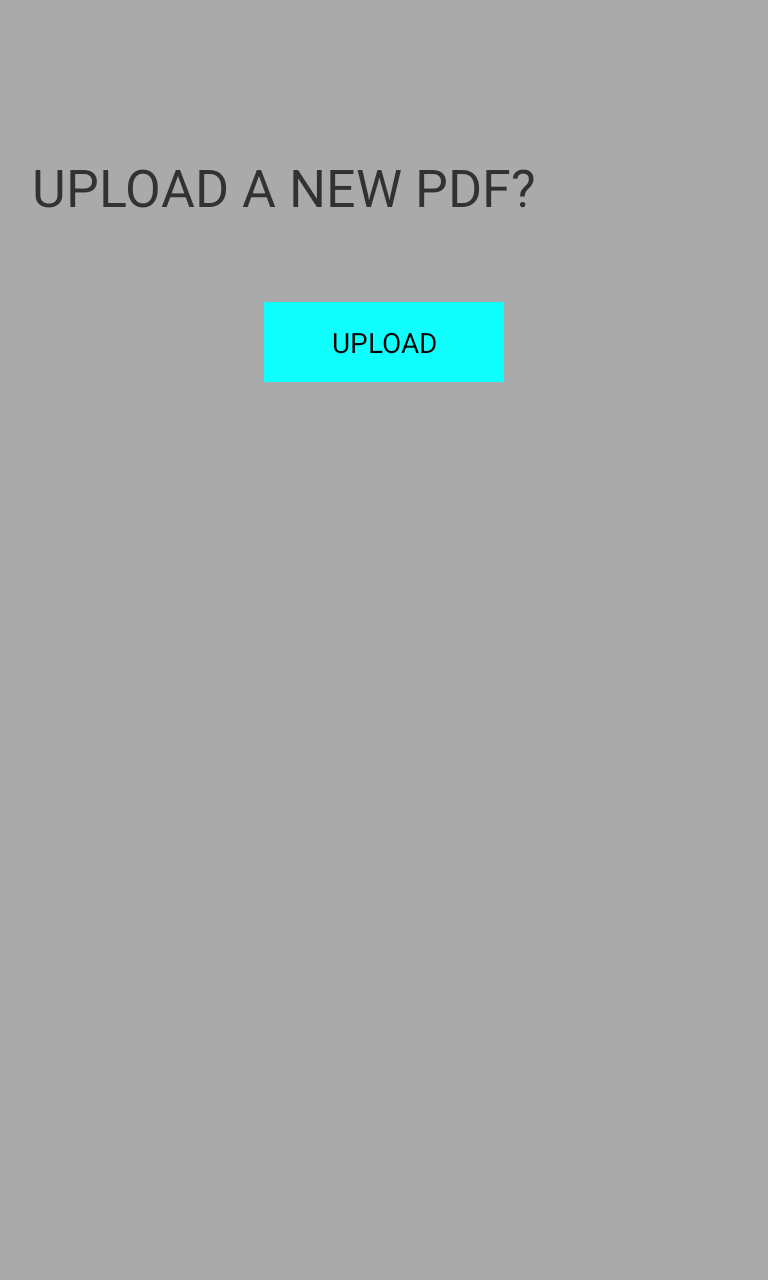
Repository: nick11roberts/Moka-Scanr
Layout: Document Uploader/res/layout/activity_options.xml
An editor plug-in stored every save of this project. The layout is shown before and after the next save, followed by the edit.
It is drawn on a 768 x 1280 px phone screen (xhdpi) without system bars, with theme android:Theme.Light.NoTitleBar; the app's code is not run. The app's manifest (not shown) leaves right-to-left support off. So textAlignment, textDirection and layoutDirection are ignored, and left and right values win over start and end ones.

Above is the layout before, as saved 2014-05-29 06:23:14.

After the next save:
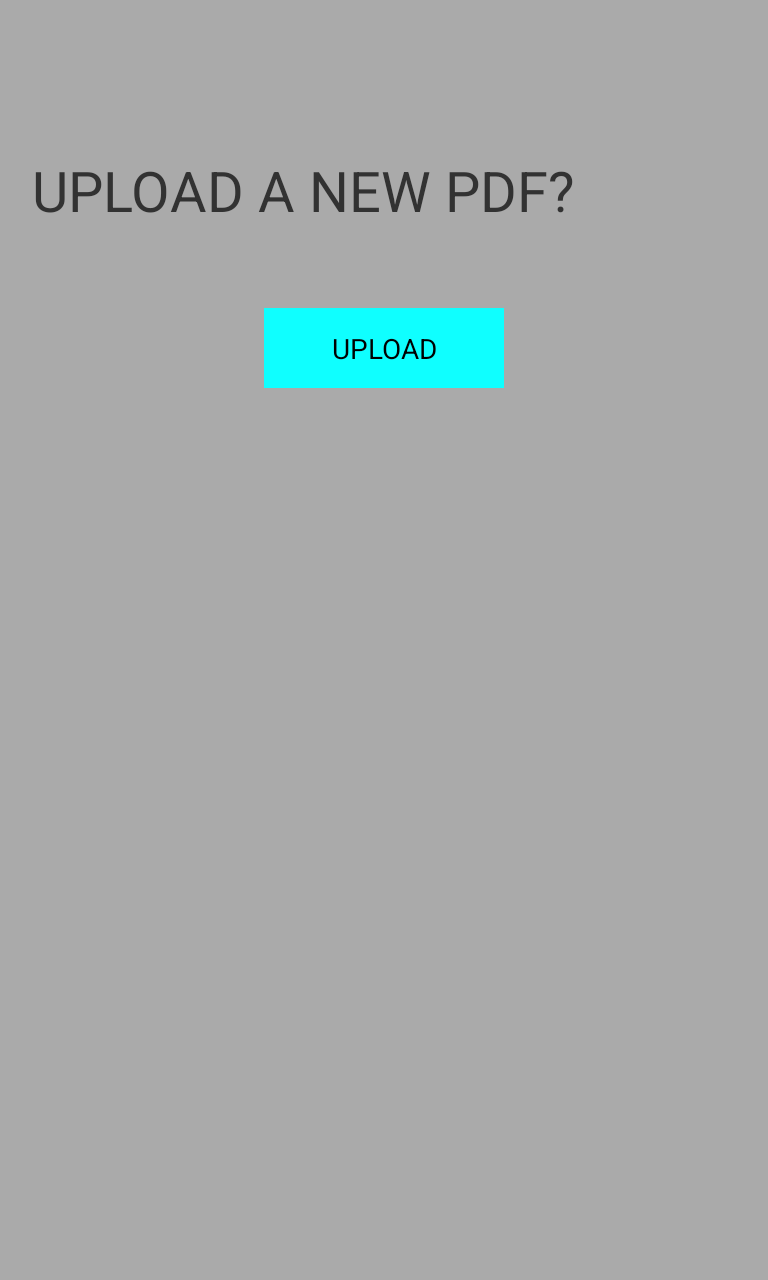
Saved 4 s later.
--- a/Document Uploader/res/layout/activity_options.xml
+++ b/Document Uploader/res/layout/activity_options.xml
@@ -20,7 +20,7 @@
         android:text="@string/main_heading"
         android:textAlignment="center"
         android:textAllCaps="true"
-        android:textSize="26sp" />
+        android:textSize="28sp" />
 
     <Button
         android:id="@+id/button1"
